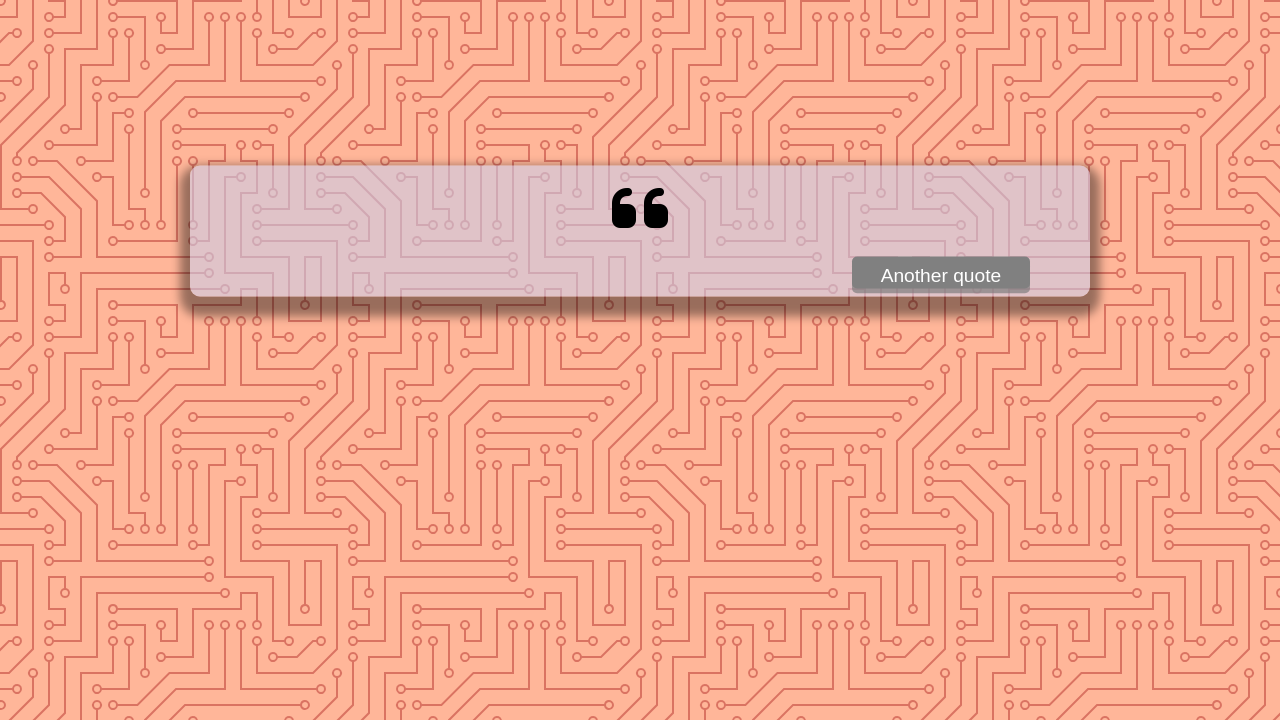
Repository: bmbrdr/QuoteGenerator
Page: index.html
These files come from the project's save history. The page is drawn as it stood at one moment and after the next save; the edit follows.
The browser window is 1280 px wide. The pictures show the whole page.
The page's requests for data from a server got no answer. Some web libraries are served in a nearby version.

Above is the page before, as saved 2021-12-24 21:16:42.

### index.html
<!DOCTYPE html>
<html lang="en">
<head>
    <script src="https://kit.fontawesome.com/121cc13a68.js" crossorigin="anonymous"></script>
    <meta charset="UTF-8">
    <meta http-equiv="X-UA-Compatible" content="IE=edge">
    <meta name="viewport" content="width=device-width, initial-scale=1.0">
    <link rel="icon" type="image/png" href="https://cdnjs.cloudflare.com/ajax/libs/font-awesome/6.0.0-beta2/css/all.min.css">
    <link rel="stylesheet" href="style.css">
    <title>Quote Generator</title>
</head>
<body>
    <div class="quote-container" id="quote-container">
        <div class="quote-text">
            <i class="fas fa-quote-left"></i>
            <span class="quote"></span>

        <div class="quote-author">
                <span class="author"></span>
        </div>

            <button class="new-quote">Another quote</button>

        </div>

    </div>


    <script src="main.js"></script>
</body>
</html>

### style.css
/* global styles  */
*{
    padding: 0;
    margin: 0;
    box-sizing: border-box;
}
/* html{
    position: relative;
} */
body{
    background-color:  rgba(255,134,86, .6);
    background-image: url("data:[embedded picture, 5329 characters]");
    color: #000;
    font-family: 'Franklin Gothic Medium', 'Arial Narrow', Arial, sans-serif;
    font-weight: 700;
    text-align: center;
    position: relative;
    /* top:50%;
    left:50%;
    transform:  translate(-50%, 50%); */
}




/* text styles */

.quote-container{
    position: relative;
    top: 100px;
    left: 50%;
    transform: translate(-50%, 50%);
    width: auto;
    max-width: 900px;
    padding: 10px 60px 40px;
    border-radius: 10px;
    background-color: rgba(204,204,232, .6);
    box-shadow: 0 10px 10px 10px rgba(0,0,0, .4);
}

.quote-text{
    font-size: 2.7rem;

}

.fa-quote-left{
    font-size: 4rem;
}

.quote-author{
    margin-top: 15px;
    font-size: 2rem;
    font-weight: 400;
    font-style: italic;
}




/* buttons style */

.new-quote{
    float: right;
}

button{
    cursor: pointer;
    font-size: 1.2rem;
    height: 2rem;
    border: none;
    border-radius: 5px;
    color: white;
    background-color: gray;
    outline: none;
    padding: .5rem 1.8rem;
    box-shadow: 0 0.3rem rgba(121, 121, 121, .65);

}

button:hover{
    filter: brightness(110%);
}

button:active{
    transform: translate(0, .1rem);
    box-shadow: 0 .15rem rgba(gray, .65);
}

### main.js
// Constants

const quoteContainer = document.querySelector("#quote-container");
const quoteText = document.querySelector('.quote');
const authorText = document.querySelector('.author');
const newQuoteBtn = document.querySelector('.new-quote');



// API Array
let apiMotivation = [];


//  Displaying random quote
function newQuote(){
    const quote = apiMotivation[Math.floor(Math.random()* apiMotivation.length)]

    if(!quote.author){
        quote.author= "Unknown";
    }
    authorText.textContent= quote.author;
    quoteText.textContent= quote.text;
}


//  Main system
async function getMotivation(){
    const apiUrl = "https://type.fit/api/quotes";


    try{
        const respone = await fetch(apiUrl);
        apiMotivation = await respone.json();
        newQuote();

    } catch{
        // Catch error
    }
}

// Button

newQuoteBtn.addEventListener('click',newQuote);


//  Calling just to check
getMotivation();

After the next save:
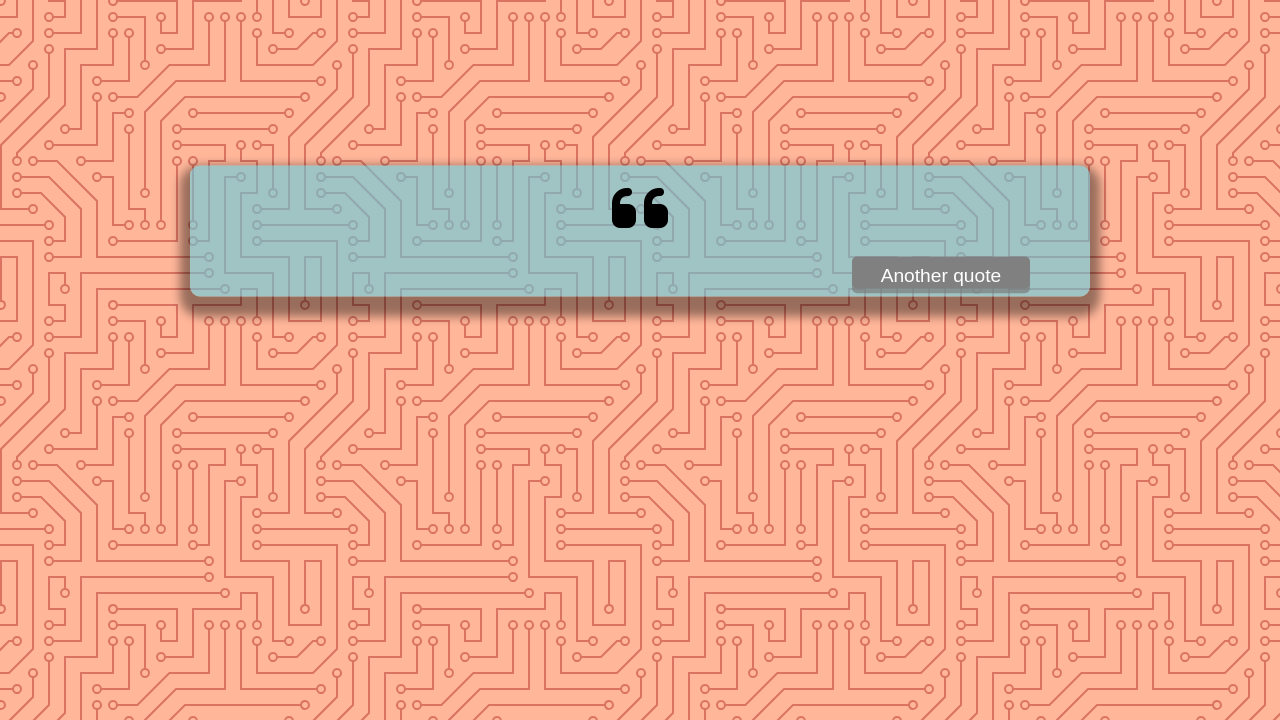
Saved 22 s later.
--- a/style.css
+++ b/style.css
@@ -34,7 +34,7 @@ body{
     max-width: 900px;
     padding: 10px 60px 40px;
     border-radius: 10px;
-    background-color: rgba(204,204,232, .6);
+    background-color: rgba( 97,203,225, .6);
     box-shadow: 0 10px 10px 10px rgba(0,0,0, .4);
 }
 
